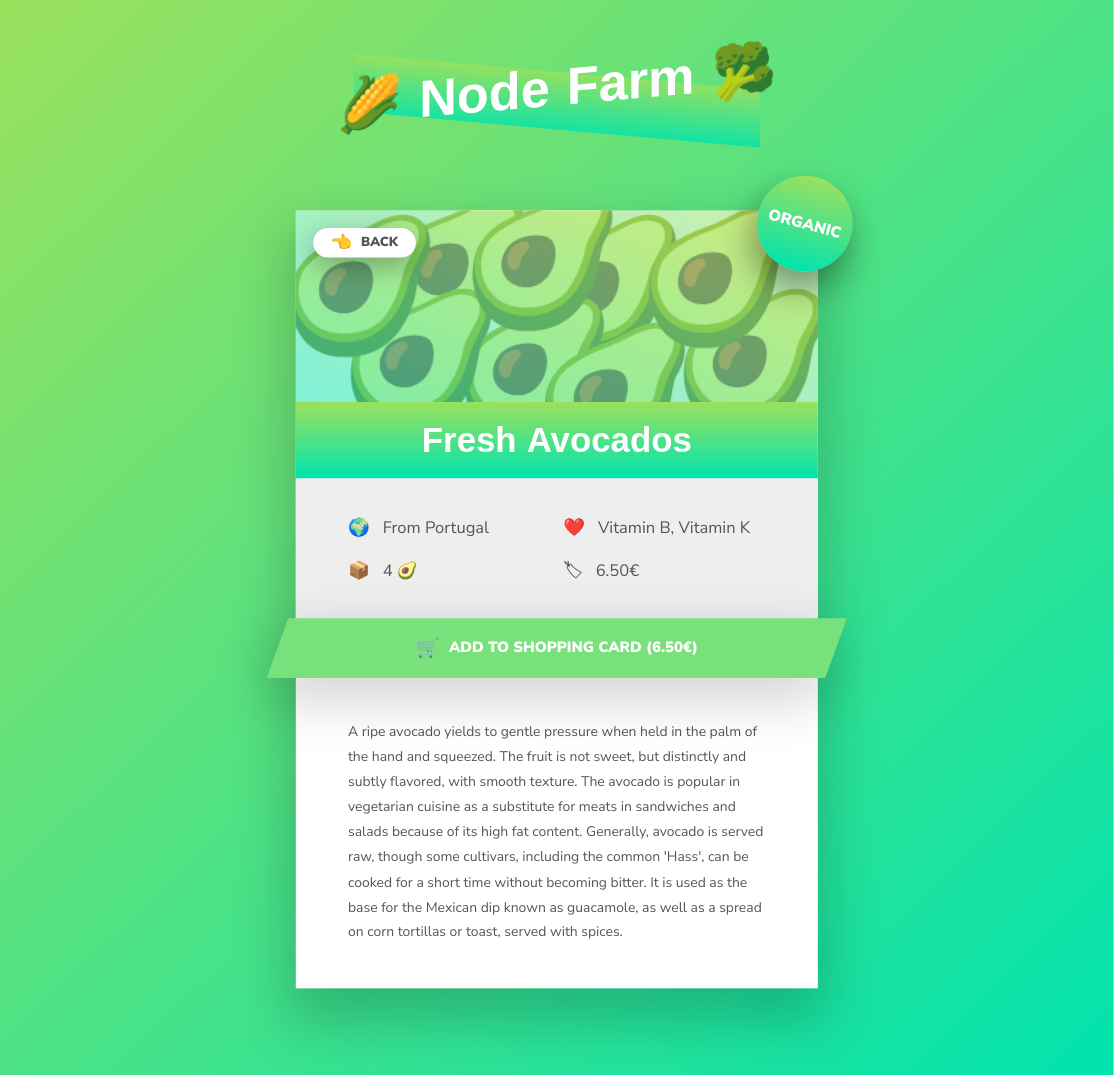
Repository: TranMinhMan040702/nodeJS_UDM
Page: templates/product.html
An editor plug-in stored every save of this project. The page is shown before and after the next save, followed by the edit.
The browser window is 1280 px wide. The pictures show the whole page, at 87% of full size.
Some web fonts or font styles are not loaded; a fallback is used.

Above is the page before, as saved 2022-09-16 10:55:35.

### templates/product.html
<!DOCTYPE html>
<html lang="en">
  <head>
    <meta charset="UTF-8" />
    <meta name="viewport" content="width=device-width, initial-scale=1.0" />
    <meta http-equiv="X-UA-Compatible" content="ie=edge" />
    <link
      href="https://fonts.googleapis.com/css?family=Megrim|Nunito+Sans:400,900"
      rel="stylesheet"
    />
    <link
      rel="icon"
      href="https://emojipedia-us.s3.dualstack.us-west-1.amazonaws.com/thumbs/240/apple/155/ear-of-maize_1f33d.png"
    />

    <title>Fresh Avocados 🥑 /// NODE FARM</title>

    <style>
      *,
      *::before,
      *::after {
        margin: 0;
        padding: 0;
        box-sizing: inherit;
      }

      html {
        font-size: 62.5%;
        box-sizing: border-box;
      }

      body {
        padding: 5rem 5rem 10rem;
        line-height: 1.7;
        font-family: 'Nunito Sans', sans-serif;
        color: #555;
        min-height: 100vh;
        background: linear-gradient(to bottom right, #9be15d, #00e3ae);
      }

      h1 {
        font-family: 'Megrim', sans-serif;
        font-size: 6rem;
        color: white;
        transform: skewY(-5deg);
        text-align: center;
        position: relative;
        word-spacing: 3px;
      }

      h1::before {
        content: '';
        display: block;
        height: 65%;
        width: 49%;
        position: absolute;
        top: 105%;
        left: 50%;
        background: linear-gradient(to bottom, #9be15d, #00e3ae);
        opacity: 0.8;
        z-index: -1;
        transform: skewY(370deg) translate(-50%, -50%);
      }

      .container {
        width: 95rem;
        margin: 0 auto;
      }

      .product {
        width: 60rem;
        margin: 0 auto;
        margin-top: 9rem;
        background: white;
        box-shadow: 0 3rem 6rem 1rem rgba(0, 0, 0, 0.2);
        position: relative;
      }

      .product__hero {
        position: relative;
        height: 22rem;
        overflow: hidden;
      }

      .product__hero::before {
        content: '';
        display: block;
        height: 100%;
        width: 100%;
        position: absolute;
        top: 0;
        left: 0;
        background-image: linear-gradient(to left bottom, #9be15d, #00e3ae);
        opacity: 0.5;
        z-index: 100;
      }

      .product__emoji {
        font-size: 15rem;
        position: absolute;
      }

      .product__emoji--1 {
        top: -4rem;
        left: -2rem;
        z-index: 10;
      }

      .product__emoji--2 {
        top: -6rem;
        left: 9rem;
      }

      .product__emoji--3 {
        top: -4rem;
        right: 15rem;
      }

      .product__emoji--4 {
        top: -5rem;
        right: 2rem;
        z-index: 10;
      }

      .product__emoji--5 {
        bottom: -9rem;
        left: 18rem;
      }

      .product__emoji--6 {
        bottom: -8rem;
        left: 5rem;
      }

      .product__emoji--7 {
        bottom: -12rem;
        right: 14rem;
      }

      .product__emoji--8 {
        bottom: -8rem;
        right: -2rem;
      }

      .product__emoji--9 {
        top: -7rem;
        left: 19rem;
      }

      .product__organic {
        position: absolute;
        top: -4rem;
        right: -4rem;
        z-index: 1000;
        height: 11rem;
        width: 11rem;
        background-image: linear-gradient(to bottom, #9be15d, #00e3ae);
        border-radius: 50%;
        transform: rotate(15deg);
        box-shadow: 0 2rem 4rem rgba(0, 0, 0, 0.4);
        display: flex;
        align-items: center;
        justify-content: center;
      }

      .product__organic h5 {
        font-weight: 900;
        text-transform: uppercase;
        font-size: 1.8rem;
        color: white;
      }

      .product__back:link,
      .product__back:visited {
        position: absolute;
        top: 2rem;
        left: 2rem;
        font-size: 1.5rem;
        font-weight: 700;
        text-transform: uppercase;
        text-decoration: none;
        z-index: 1000;
        color: #555;
        background-color: white;
        box-shadow: 0 1rem 3rem rgba(0, 0, 0, 0.3);
        border-radius: 100rem;
        padding: 0 2rem;
        transition: all 0.3s;
        display: flex;
        align-items: center;
      }

      .product__back:hover,
      .product__back:active {
        background-color: #79e17b;
      }

      .product__name {
        background: linear-gradient(to bottom, #9be15d, #00e3ae);
        padding: 1rem;
        font-family: 'Megrim', sans-serif;
        font-size: 4rem;
        color: white;
        text-align: center;
        word-spacing: 2px;
      }

      .product__details {
        background-color: #eee;
        padding: 4rem 6rem;
        font-size: 1.9rem;
        display: grid;
        grid-template-columns: 1fr 1fr;
        grid-gap: 1.5rem;
      }

      .product__description {
        padding: 5rem 6rem;
        font-size: 1.6rem;
        line-height: 1.8;
      }

      .product__link:link,
      .product__link:visited {
        display: block;
        background-color: #79e17b;
        color: white;
        font-size: 1.6rem;
        font-weight: 700;
        text-transform: uppercase;
        text-decoration: none;
        padding: 1.5rem;
        text-align: center;
        transform: scale(1.07) skewX(-20deg);
        box-shadow: 0 2rem 6rem rgba(0, 0, 0, 0.2);
        display: flex;
        align-items: center;
        justify-content: center;
        transition: all 0.3s;
      }

      .product__link:hover,
      .product__link:active {
        background-color: #9be15d;
        transform: scale(1.1) skewX(-20deg);
      }

      .product__link span {
        transform: skewX(20deg);
      }

      .emoji-left {
        font-size: 2rem;
        margin-right: 1rem;
      }

      .emoji-right {
        font-size: 2rem;
        margin-left: 1rem;
      }

      .not-organic {
        display: none;
      }
    </style>
  </head>

  <body>
    <div class="container">
      <h1>🌽 Node Farm 🥦</h1>

      <figure class="product">
        <div class="product__organic"><h5>Organic</h5></div>
        <a href="#" class="product__back">
          <span class="emoji-left">👈</span>Back
        </a>
        <div class="product__hero">
          <span class="product__emoji product__emoji--1">🥑</span>
          <span class="product__emoji product__emoji--2">🥑</span>
          <span class="product__emoji product__emoji--3">🥑</span>
          <span class="product__emoji product__emoji--4">🥑</span>
          <span class="product__emoji product__emoji--5">🥑</span>
          <span class="product__emoji product__emoji--6">🥑</span>
          <span class="product__emoji product__emoji--7">🥑</span>
          <span class="product__emoji product__emoji--8">🥑</span>
          <span class="product__emoji product__emoji--9">🥑</span>
        </div>
        <h2 class="product__name">Fresh Avocados</h2>
        <div class="product__details">
          <p><span class="emoji-left">🌍</span> From Portugal</p>
          <p><span class="emoji-left">❤️</span> Vitamin B, Vitamin K</p>
          <p><span class="emoji-left">📦</span> 4 🥑</p>
          <p><span class="emoji-left">🏷</span> 6.50€</p>
        </div>

        <a href="#" class="product__link">
          <span class="emoji-left">🛒</span>
          <span>Add to shopping card (6.50€)</span>
        </a>

        <p class="product__description">
          A ripe avocado yields to gentle pressure when held in the palm of the
          hand and squeezed. The fruit is not sweet, but distinctly and subtly
          flavored, with smooth texture. The avocado is popular in vegetarian
          cuisine as a substitute for meats in sandwiches and salads because of
          its high fat content. Generally, avocado is served raw, though some
          cultivars, including the common 'Hass', can be cooked for a short time
          without becoming bitter. It is used as the base for the Mexican dip
          known as guacamole, as well as a spread on corn tortillas or toast,
          served with spices.
        </p>
      </figure>

    </div>
  </body>
</html>

After the next save:
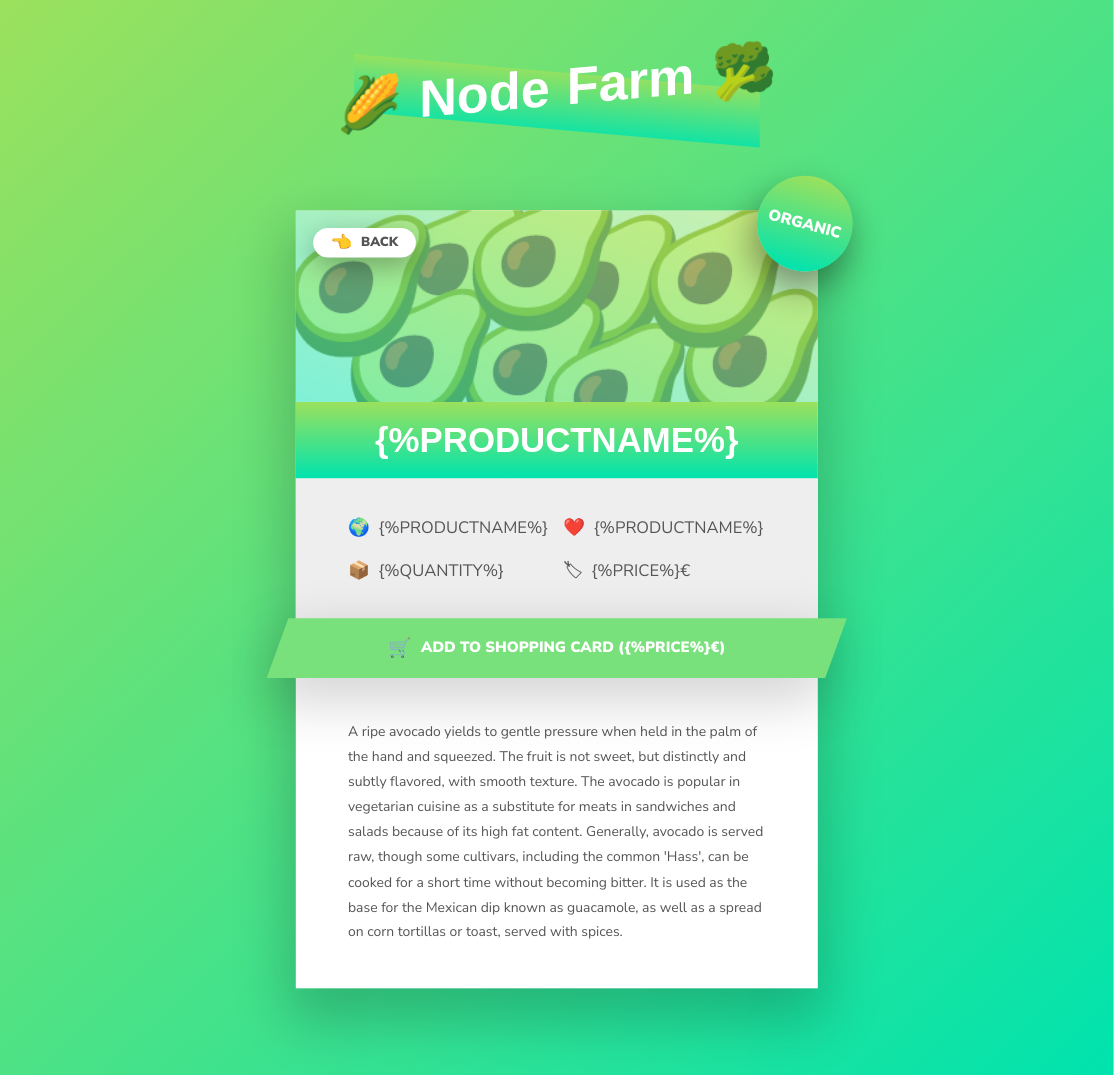
Saved 7 h 57 min later.
--- a/templates/product.html
+++ b/templates/product.html
@@ -285,17 +285,17 @@
           <span class="product__emoji product__emoji--8">🥑</span>
           <span class="product__emoji product__emoji--9">🥑</span>
         </div>
-        <h2 class="product__name">Fresh Avocados</h2>
+        <h2 class="product__name">{%PRODUCTNAME%}</h2>
         <div class="product__details">
-          <p><span class="emoji-left">🌍</span> From Portugal</p>
-          <p><span class="emoji-left">❤️</span> Vitamin B, Vitamin K</p>
-          <p><span class="emoji-left">📦</span> 4 🥑</p>
-          <p><span class="emoji-left">🏷</span> 6.50€</p>
+          <p><span class="emoji-left">🌍</span>{%PRODUCTNAME%}</p>
+          <p><span class="emoji-left">❤️</span>{%PRODUCTNAME%}</p>
+          <p><span class="emoji-left">📦</span>{%QUANTITY%}</p>
+          <p><span class="emoji-left">🏷</span>{%PRICE%}€</p>
         </div>
 
         <a href="#" class="product__link">
           <span class="emoji-left">🛒</span>
-          <span>Add to shopping card (6.50€)</span>
+          <span>Add to shopping card ({%PRICE%}€)</span>
         </a>
 
         <p class="product__description">
